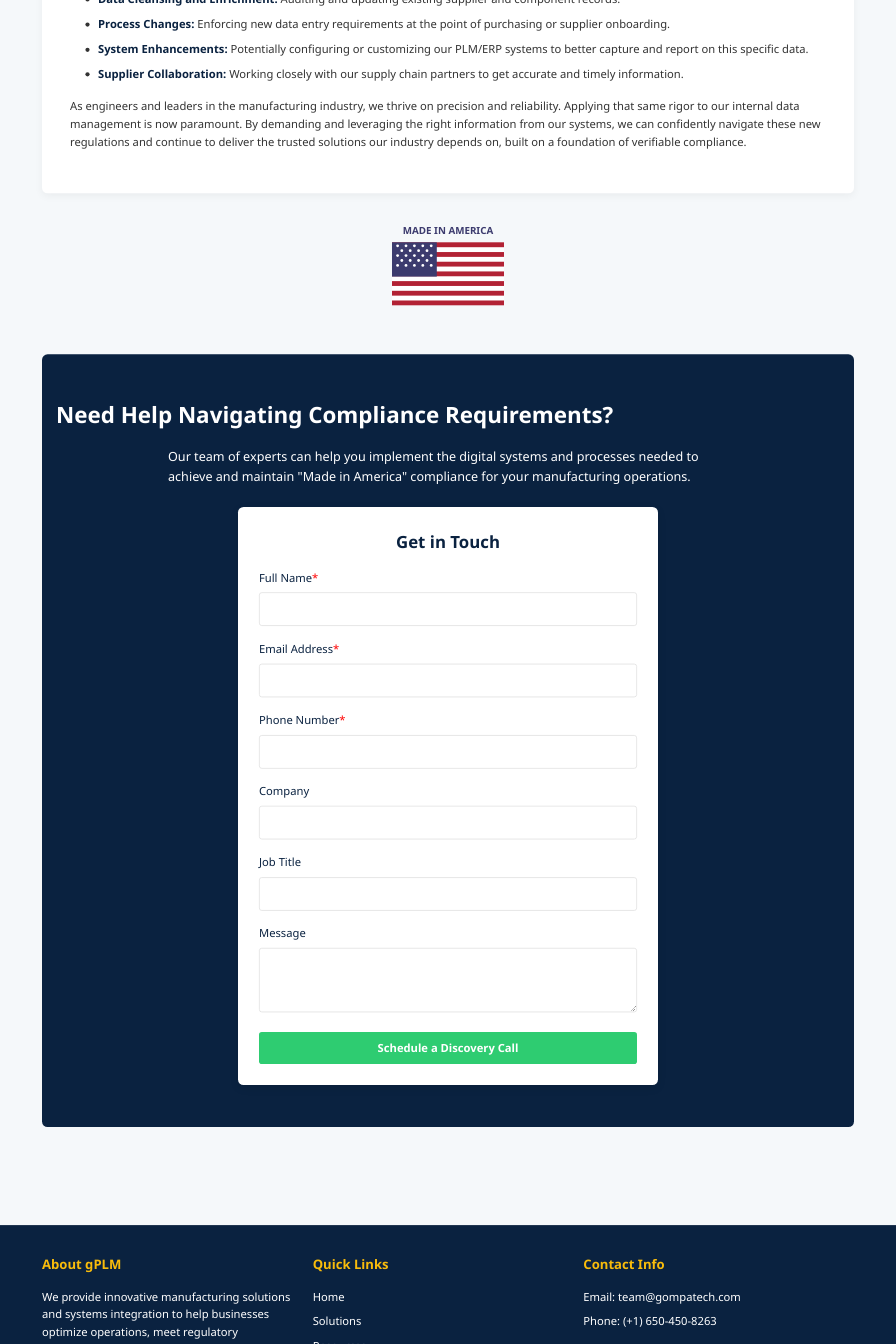
Repository: gompaBlogs/website
Page: mia.html
These files come from the project's save history. The page is drawn as it stood at one moment and after the next save; the edit follows.
The browser window is 1280 px wide. The pictures show the part of the page from y = 2273 to 4193 px (the page is 4427 px tall), at 70% of full size.

Above is the page before, as saved 2025-04-30 17:48:57.

After the next save:
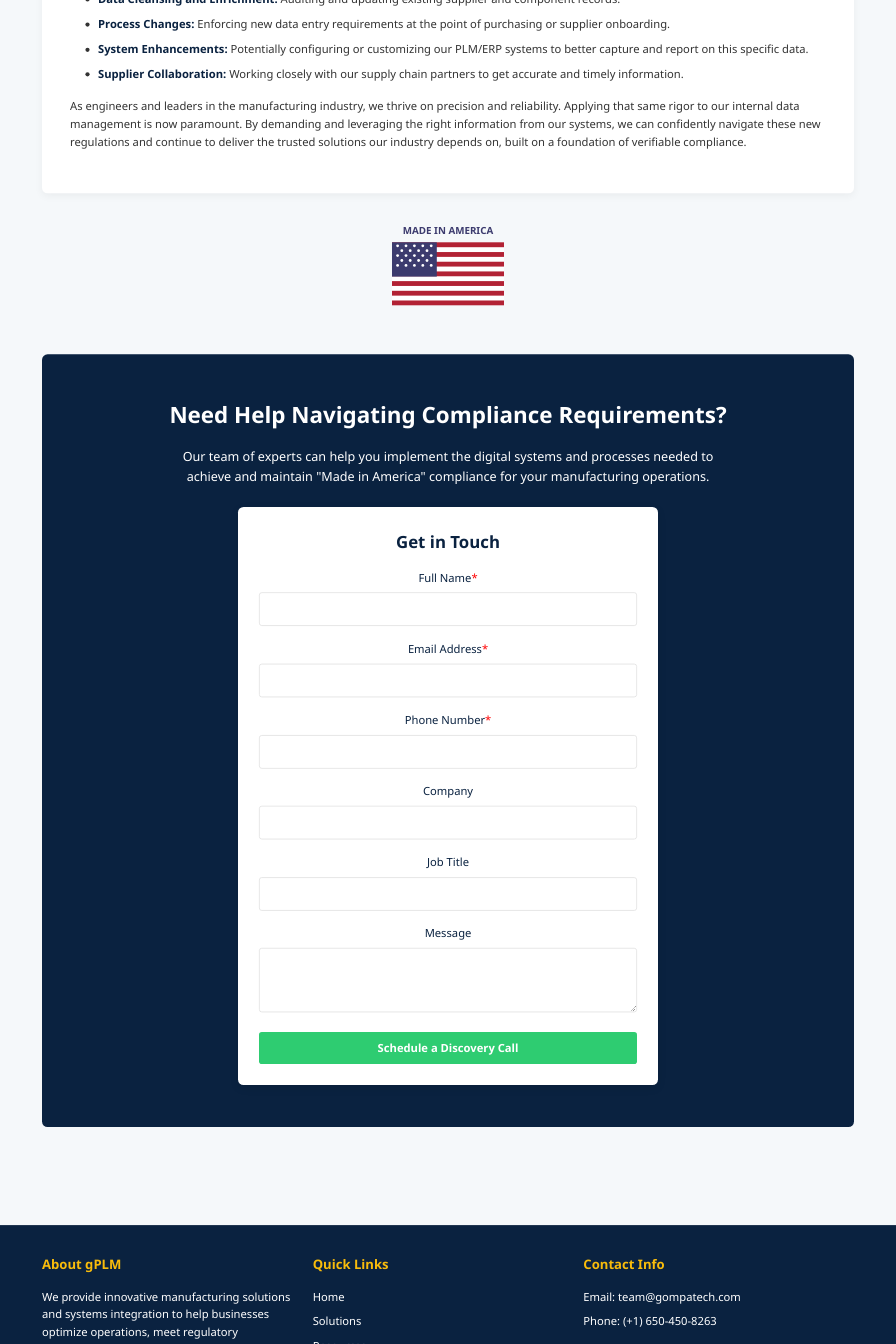
Saved 23 s later.
--- a/mia.html
+++ b/mia.html
@@ -184,7 +184,7 @@
             background-color: var(--primary-color);
             color: var(--white);
             text-align: center;
-            text-align: left    ;
+            /* text-align: left    ; */
             padding: 60px 20px;
             border-radius: 8px;
             margin-bottom: 40px;
